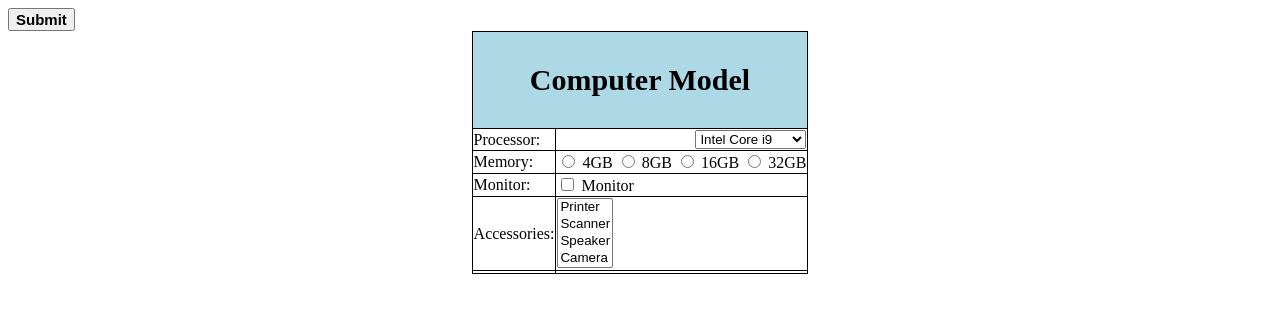
Repository: FatCat0712/JSP
Page: http://localhost/bai_20/computer.jsp
An editor plug-in stored every save of this project. The page is shown before and after the next save, followed by the edit.
The browser window is 1280 px wide. The pictures show the whole page.
The page is served by Tomcat 9.

Above is the page before, as saved 2024-04-22 12:30:35.

### bai_20/src/main/webapp/computer.jsp
<%@ page language="java" contentType="text/html; charset=UTF-8"
    pageEncoding="UTF-8"%>
<!DOCTYPE html>
<html>
<head>
<meta charset="UTF-8">
<title>Insert title here</title>
<style>
	table,td{
		border: 1px solid black;
		border-collapse: collapse;
	}
</style>
</head>
<body>
	<form action="donHang.jsp">
		<table style="margin-left: auto; margin-right: auto">
			<tr>
				<td colspan="2" style="background-color: lightblue; align-content: center; text-align: center;">
					<p style="font-size: 30px; font-weight: bold;">Computer Model</p>
				</td>
			</tr>
			<tr>
				<td>Processor: </td>
				<td align="right">
					<select name="Processor">
						<option value="corei9">Intel Core i9</option>
						<option value="corei7">Intel Core i7</option>
						<option value="corei5">Intel Core i5</option>
						<option value="corei3">Intel Core i3</option>
						<option value="dualcore">Intel Dual Core</option>
						<option value="pentium">Intel Pentium</option>
					</select>
				</td>
			</tr>
			<tr>
				<td>Memory: </td>
				<td>

						<input type="radio" id="m1" name="memory">
						<label for="m1">4GB</label>

						<input type="radio" id="m2" name="memory">
						<label for="m2">8GB</label>

						<input type="radio" id="m3" name="memory">
						<label for="m3">16GB</label>

						<input type="radio" id="m4" name="memory">
						<label for="m4">32GB</label>


				</td>
			</tr>

			<tr>
				<td>Monitor: </td>
				<td>
					<input type="checkbox" name="monitor" id="monitor"/>
					<label for="monitor">Monitor</label>
				</td>
			</tr>

			<tr>
				<td>
					Accessories:
				</td>
				<td>
					<select name="accessories" multiple="multiple">
						<option value="printer">Printer</option>
						<option value="scanner">Scanner</option>
						<option value="speaker">Speaker</option>
						<option value="camera">Camera</option>


					</select>
				</td>

			</tr>


			<tr>
				<td></td>
				<input type="submit" value="Submit" style="font-weight: bold; font-size: 15px"/>
			</tr>
		</table>

	</form>
</body>
</html>

After the next save:
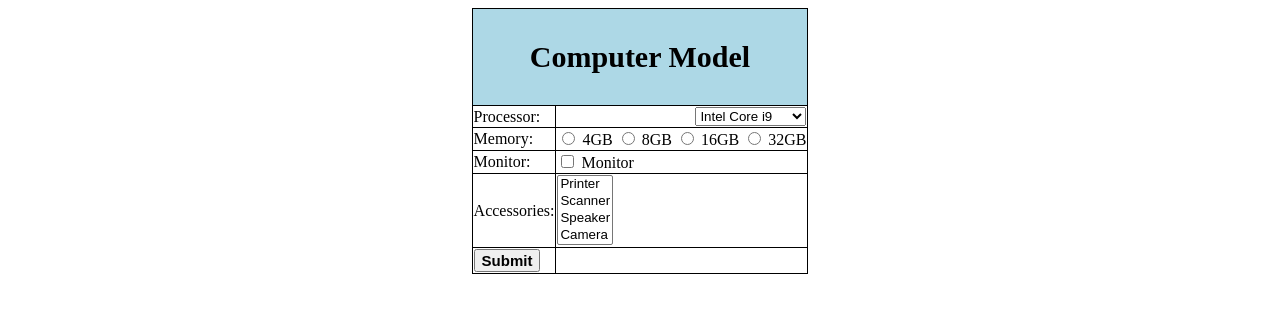
Saved 9 s later.
--- a/bai_20/src/main/webapp/computer.jsp
+++ b/bai_20/src/main/webapp/computer.jsp
@@ -80,8 +80,10 @@
 
 
 			<tr>
-				<td></td>
-				<input type="submit" value="Submit" style="font-weight: bold; font-size: 15px"/>
+				<td>
+					<input type="submit" value="Submit" style="font-weight: bold; font-size: 15px"/>
+				</td>
+
 			</tr>
 		</table>
 
